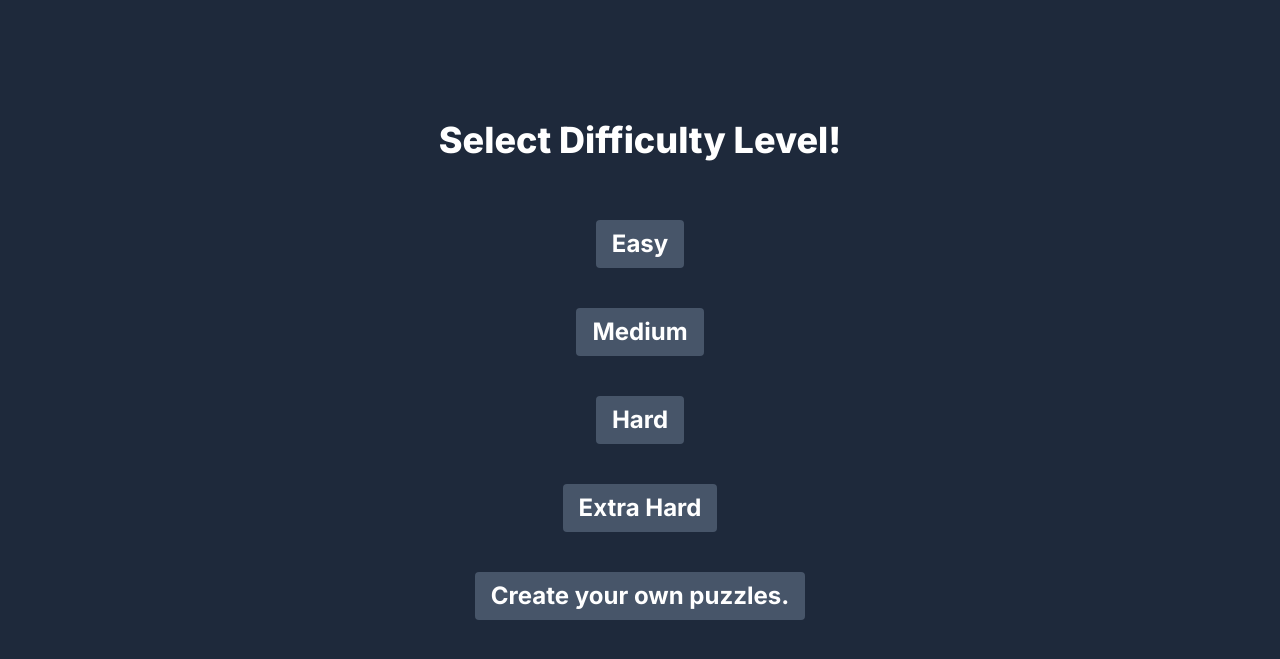
Repository: badhon252/sudoku
Page: /level
The author's editor kept a copy of each file at every save. The page is drawn from the files as they stood at one save, then again after the next save.
The browser window is 1280 px wide. The pictures show the whole page.
The project was rebuilt for these pictures with package versions that can differ from the ones it lists, and the page was loaded fresh each time. The framework's server and built-in components were replaced by stand-ins that run in the browser. Also part of the build but not shown: next.config.js.

Above is the page before, as saved 2023-06-04 21:56:18.

### app/level/page.tsx
import React from 'react'

export default function Level() {
  return (
    <div className='min-h-screen flex flex-col items-center justify-center bg-slate-800 text-white'>
        <h1 className='text-4xl font-extrabold my-10'>Select Difficulty Level! </h1>
        <button type='button' className='my-5 py-2 px-4 text-2xl font-bold bg-slate-600 rounded'>Easy</button>
        <button type='button' className='my-5 py-2 px-4 text-2xl font-bold bg-slate-600 rounded'>Medium</button>
        <button type='button' className='my-5 py-2 px-4 text-2xl font-bold bg-slate-600 rounded'>Hard</button>
        <button type='button' className='my-5 py-2 px-4 text-2xl font-bold bg-slate-600 rounded'>Extra Hard</button>

        <button type='button' className='my-5 py-2 px-4 text-2xl font-bold bg-slate-600 rounded'>Create your own puzzles.</button>
    </div>
  )
}

Loaded but not shown: app/layout.tsx (common file); app/globals.css (common file); tailwind.config.js (common file)

After the next save:
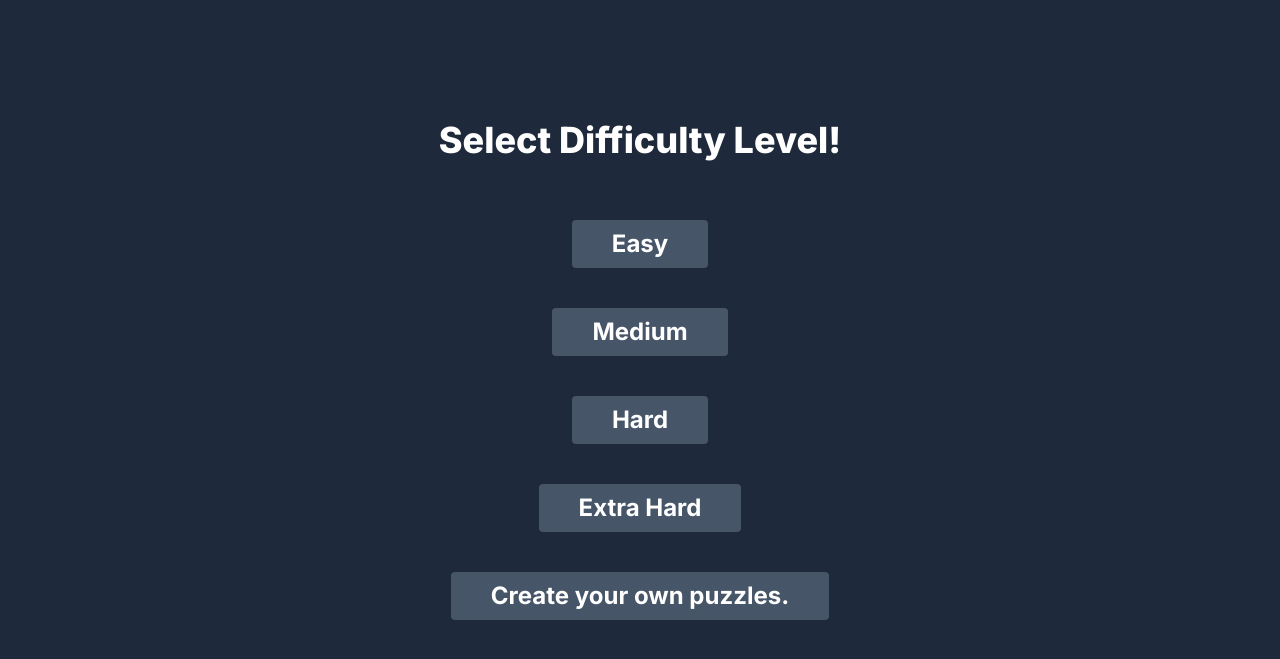
Saved 9 s later.
--- a/app/level/page.tsx
+++ b/app/level/page.tsx
@@ -4,12 +4,12 @@ export default function Level() {
   return (
     <div className='min-h-screen flex flex-col items-center justify-center bg-slate-800 text-white'>
         <h1 className='text-4xl font-extrabold my-10'>Select Difficulty Level! </h1>
-        <button type='button' className='my-5 py-2 px-4 text-2xl font-bold bg-slate-600 rounded'>Easy</button>
-        <button type='button' className='my-5 py-2 px-4 text-2xl font-bold bg-slate-600 rounded'>Medium</button>
-        <button type='button' className='my-5 py-2 px-4 text-2xl font-bold bg-slate-600 rounded'>Hard</button>
-        <button type='button' className='my-5 py-2 px-4 text-2xl font-bold bg-slate-600 rounded'>Extra Hard</button>
+        <button type='button' className='my-5 py-2 px-10 text-2xl font-bold bg-slate-600 rounded'>Easy</button>
+        <button type='button' className='my-5 py-2 px-10 text-2xl font-bold bg-slate-600 rounded'>Medium</button>
+        <button type='button' className='my-5 py-2 px-10 text-2xl font-bold bg-slate-600 rounded'>Hard</button>
+        <button type='button' className='my-5 py-2 px-10 text-2xl font-bold bg-slate-600 rounded'>Extra Hard</button>
 
-        <button type='button' className='my-5 py-2 px-4 text-2xl font-bold bg-slate-600 rounded'>Create your own puzzles.</button>
+        <button type='button' className='my-5 py-2 px-10 text-2xl font-bold bg-slate-600 rounded'>Create your own puzzles.</button>
     </div>
   )
 }
